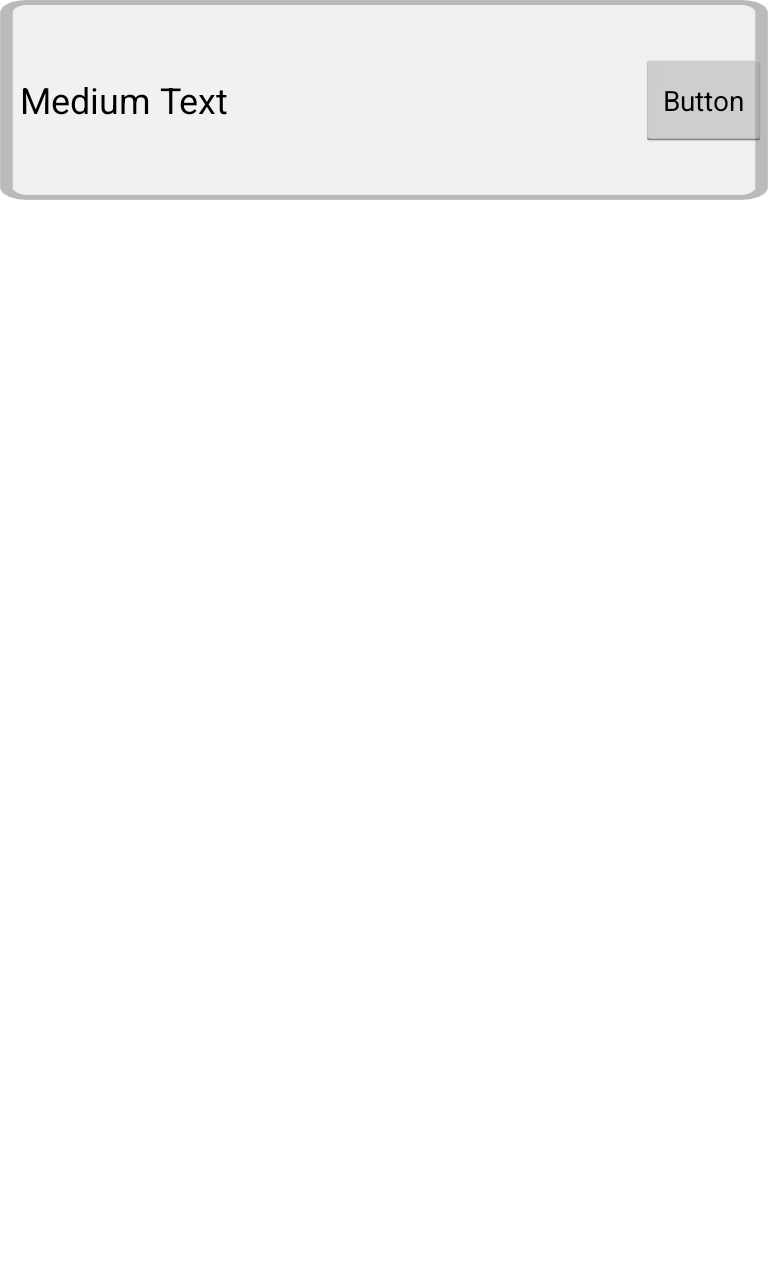
Repository: soumen91/GridView
Layout: CarApps/res/layout/row.xml
An editor plug-in stored every save of this project. The layout is shown before and after the next save, followed by the edit.
It is drawn on a 768 x 1280 px phone screen (xhdpi) without system bars, with theme AppTheme; the app's code is not run.

Above is the layout before, as saved 2013-06-18 08:43:42.

### CarApps/res/layout/row.xml
<?xml version="1.0" encoding="UTF-8"?>
<LinearLayout xmlns:android="http://schemas.android.com/apk/res/android"
    android:layout_width="fill_parent"
    android:layout_height="fill_parent"
    android:clickable="false"
    android:focusable="false" >

    <LinearLayout
        android:layout_width="fill_parent"
        android:layout_height="100dp"
        android:background="@drawable/bg_3"
        android:clickable="false"
        android:focusable="false"
        android:orientation="horizontal" >

        <LinearLayout
            android:layout_width="fill_parent"
            android:layout_height="match_parent"
            android:layout_weight="1"
            android:gravity="left|center" >

            <TextView
                android:id="@+id/txtname"
                android:layout_width="wrap_content"
                android:layout_height="wrap_content"
                android:layout_marginLeft="10dp"
                android:clickable="false"
                android:focusable="false"
                android:text="Medium Text"
                android:textAppearance="?android:attr/textAppearanceMedium"
                android:textColor="@color/black" />
        </LinearLayout>

        <LinearLayout
            android:layout_width="fill_parent"
            android:layout_height="match_parent"
            android:layout_weight="1"
            android:gravity="right|center" >

            <Button
                android:id="@+id/bttnaddress"
                style="?android:attr/buttonStyleSmall"
                android:layout_width="wrap_content"
                android:layout_height="wrap_content"
                android:text="Button" />
        </LinearLayout>
    </LinearLayout>

</LinearLayout>

### CarApps/res/values/colors.xml
<?xml version="1.0" encoding="utf-8"?>

<resources>
	<color name="white">#ffffffff</color>
	<color name="red">#ffee0000</color>
	<color name="ltgrey">#ffe0e0e0</color>
	<color name="black">#000000</color>
	<color name="blue">#0000FF</color>
	<color name="picasso_blue">#0276FD</color>
	<color name="blue_spider">#26466D</color>
	<color name="list_view_header_grey">#6E6E6E</color>
</resources>

Loaded but not shown: CarApps/res/values/styles.xml (common file); CarApps/res/values-v11/styles.xml (common file); CarApps/res/values-v14/styles.xml (common file)

After the next save:
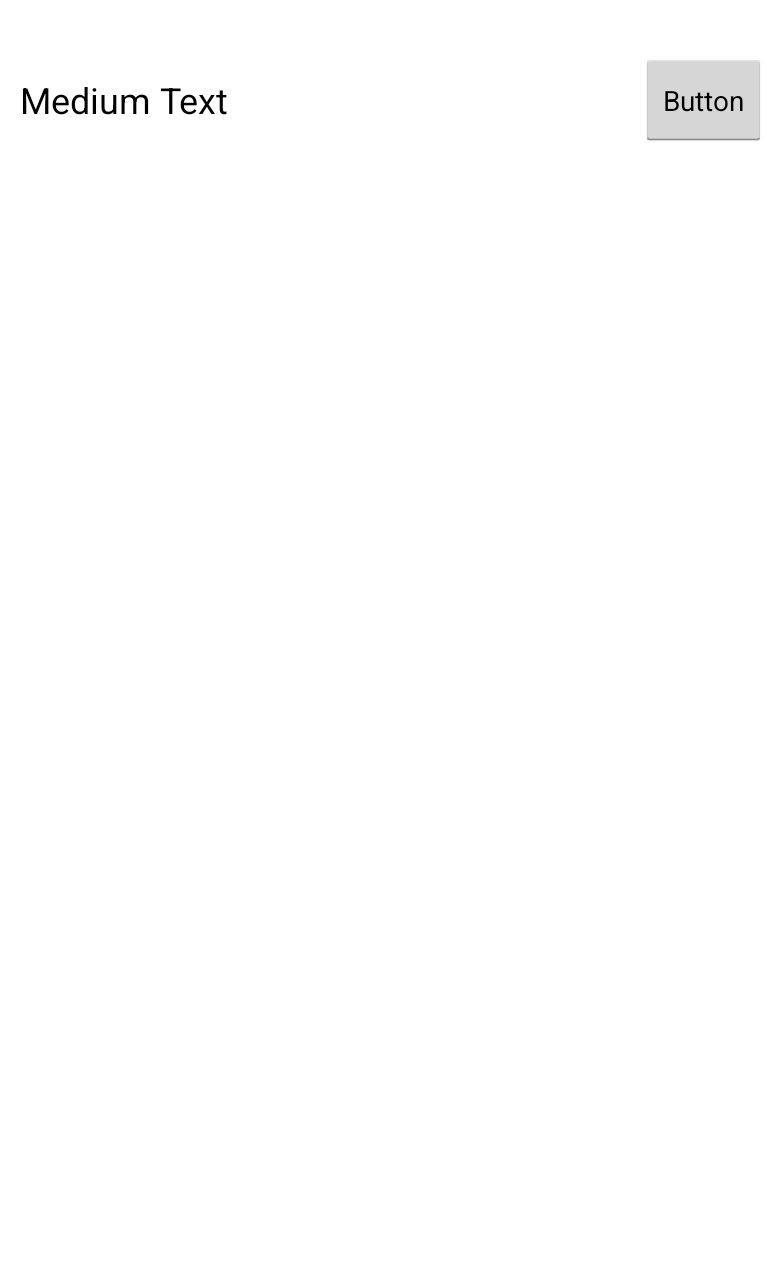
Saved 78 s later.
--- a/CarApps/res/layout/row.xml
+++ b/CarApps/res/layout/row.xml
@@ -8,7 +8,6 @@
     <LinearLayout
         android:layout_width="fill_parent"
         android:layout_height="100dp"
-        android:background="@drawable/bg_3"
         android:clickable="false"
         android:focusable="false"
         android:orientation="horizontal" >
